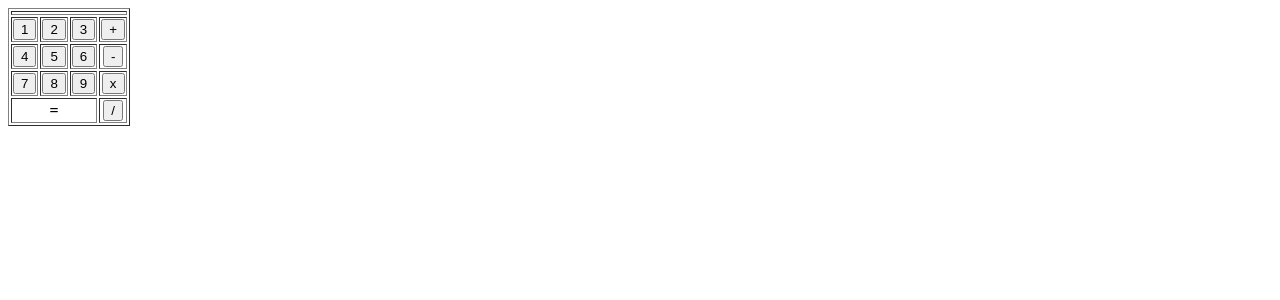
Repository: oUYUo/javaweb_and_javaBaseKnowLedge
Page: http://localhost/computer/
The author's editor kept a copy of each file at every save. The page is drawn from the files as they stood at one save, then again after the next save.
The browser window is 1280 px wide. The pictures show the whole page.
The page is served by Tomcat 9.

Above is the page before, as saved 2018-02-27 09:04:02.

### computer/WebContent/index.jsp
<%@ page language="java" contentType="text/html; charset=UTF-8"
    pageEncoding="UTF-8"%>
<!DOCTYPE html PUBLIC "-//W3C//DTD HTML 4.01 Transitional//EN" "http://www.w3.org/TR/html4/loose.dtd">
<html>
<head>
<meta http-equiv="Content-Type" content="text/html; charset=UTF-8">
<title>Insert title here</title>
</head>
<body>

<form action="index.jsp" method="post">
<table border="1" cellpadding="1">
  <tr>
  <td colspan="4"></td>

  <tr>
    <th><input type="button" name="1" value="1"></th>
    <th><input type="button" name="2" value="2"></th>
    <th><input type="button" name="3" value="3"></th>
 	<th><input type="button" name="+" value="+"></th>
  </tr>
  <tr>
   <th><input type="button" name="4" value="4"></th>
    <th><input type="button" name="5" value="5"></th>
    <th><input type="button" name="6" value="6"></th>
    <th><input type="button" name="-" value="-"></th>
  </tr>
   <tr>
      <th><input type="button" name="7" value="7"></th>
    <th><input type="button" name="8" value="8"></th>
    <th><input type="button" name="9" value="9"></th>
    <th><input type="button" name="x" value="x"></th>
  </tr>
  <tr>
  	<th colspan="3">=</th>
  	<th><input type="button" name="/" value="/"></th>
  </tr>
</table>
</form>
</body>
</html>

After the next save:
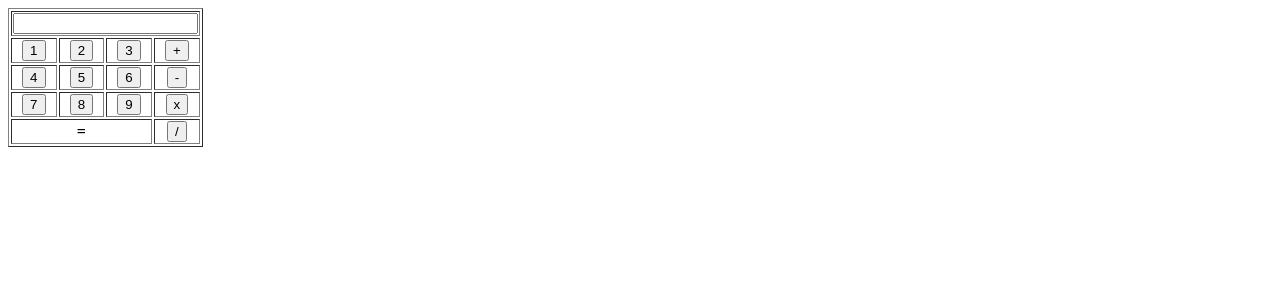
Saved 44 s later.
--- a/computer/WebContent/index.jsp
+++ b/computer/WebContent/index.jsp
@@ -11,7 +11,7 @@
 <form action="index.jsp" method="post">
 <table border="1" cellpadding="1">
   <tr>
-  <td colspan="4"></td>
+  <td colspan="4"><input type="text" name="result"></td>
 
   <tr>
     <th><input type="button" name="1" value="1"></th>
